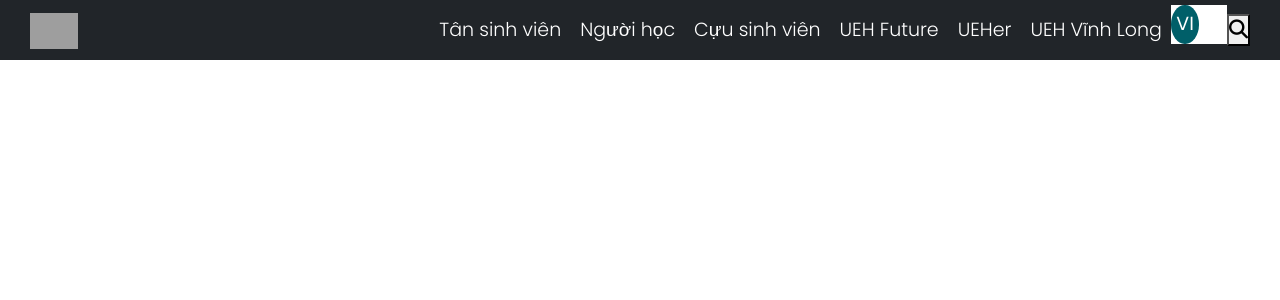
Repository: Jackietruong2805/frontends
Page: html css/ueh/index.html
The author's editor kept a copy of each file at every save. The page is drawn from the files as they stood at one save, then again after the next save.
The browser window is 1280 px wide. The pictures show the whole page.
Pictures or frames that could not be fetched are drawn as grey boxes. Some web libraries are served in a nearby version.

Above is the page before, as saved 2022-06-17 10:03:43.

After the next save:
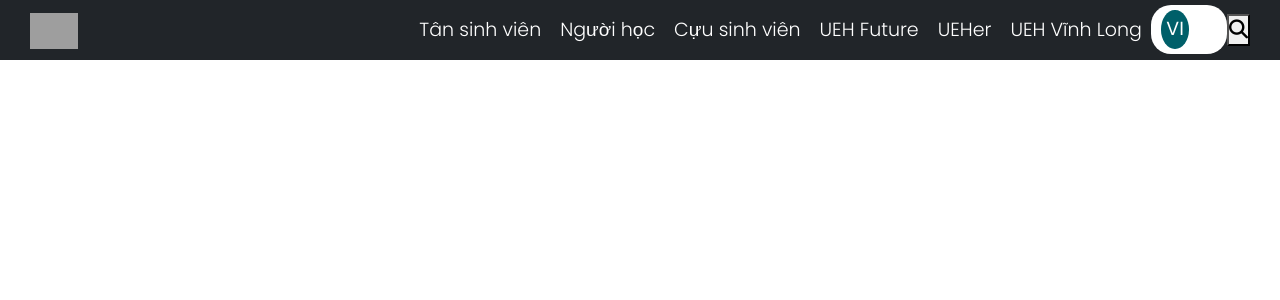
Saved 27 s later.
--- a/html css/ueh/css/index.css
+++ b/html css/ueh/css/index.css
@@ -37,7 +37,8 @@ html {
 
 .button-cover {
     background-color: white;
-    border-radius: 20px padding: 5px 10px;
+    border-radius: 20px;
+    padding: 5px 10px;
 }
 
 .button-cover .vi {
